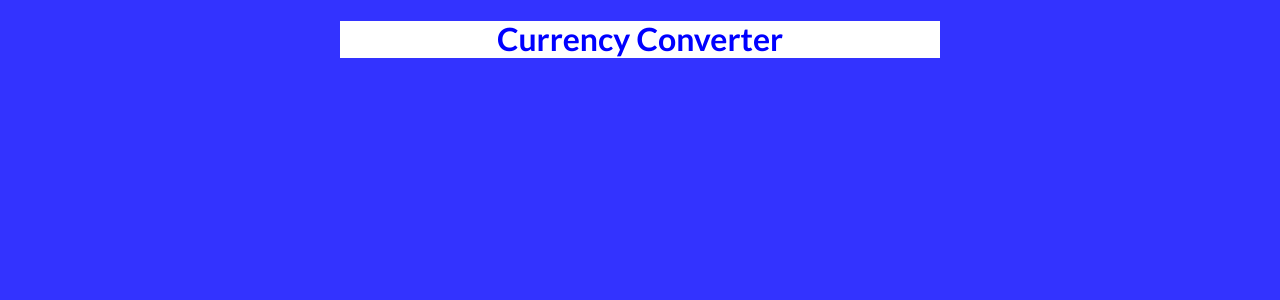
Repository: kkasperczyk/currency-converter
Page: index.html
These files come from the project's save history. The page is drawn as it stood at one moment and after the next save; the edit follows.
The browser window is 1280 px wide. The pictures show the whole page.

Above is the page before, as saved 2020-06-15 21:57:33.

### index.html
<!DOCTYPE html>
<html lang="en">

<head>
    <meta charset="UTF-8">
    <meta name="viewport" content="width=device-width, initial-scale=1.0">
    <link rel="stylesheet" href="https://cdnjs.cloudflare.com/ajax/libs/normalize/8.0.1/normalize.min.css"
        integrity="sha256-l85OmPOjvil/SOvVt3HnSSjzF1TUMyT9eV0c2BzEGzU=" crossorigin="anonymous" />
    <link rel="stylesheet" href="css/global.css">
    <link rel="stylesheet" href="css/container.css">
    <link rel="stylesheet" href="css/header.css">
    <script defer src="js/script.js"></script>
    <link href="https://fonts.googleapis.com/css2?family=Lato:ital,wght@0,400;0,700;1,400&display=swap" rel="stylesheet">
    <title>Currency Converter</title>
</head>

<body>
    <div class="container">
        <header class="header">
            <h1 class="header__title">Currency Converter</h1>
        </header>
    </div>
</body>

</html>

### css/global.css
html {
  box-sizing: border-box;
}

*,
::after,
::before {
  box-sizing: inherit;
}

body {
  font-family: "Lato", sans-serif;
  background-color: hsl(240, 100%, 60%);
}

### css/container.css
.container {
    max-width: 600px;
    margin: 0 auto;
    background-color: white;
}

### css/header.css
.header {
    text-align: center;
}

.header__title {
    color: hsl(240, 100%, 50%);
    padding: ;
}

### js/script.js
console.log("Hi all developers! Nice to see you here.");

After the next save:
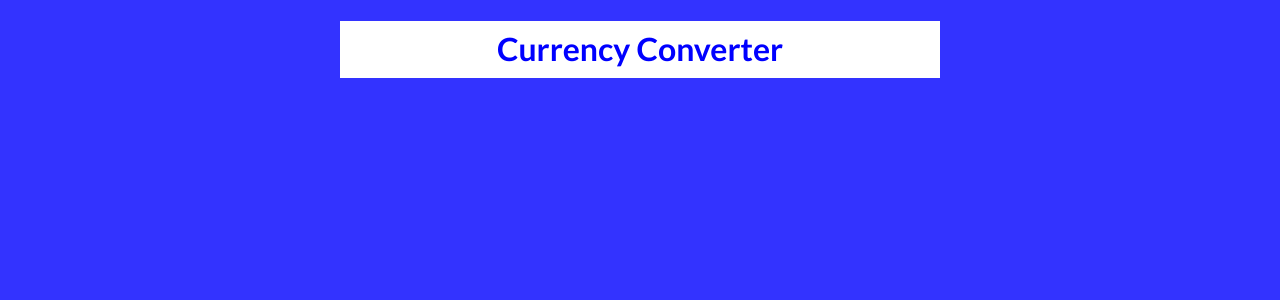
Saved 7 s later.
--- a/css/header.css
+++ b/css/header.css
@@ -4,5 +4,5 @@
 
 .header__title {
     color: hsl(240, 100%, 50%);
-    padding: ;
+    padding: 10px;
 }
